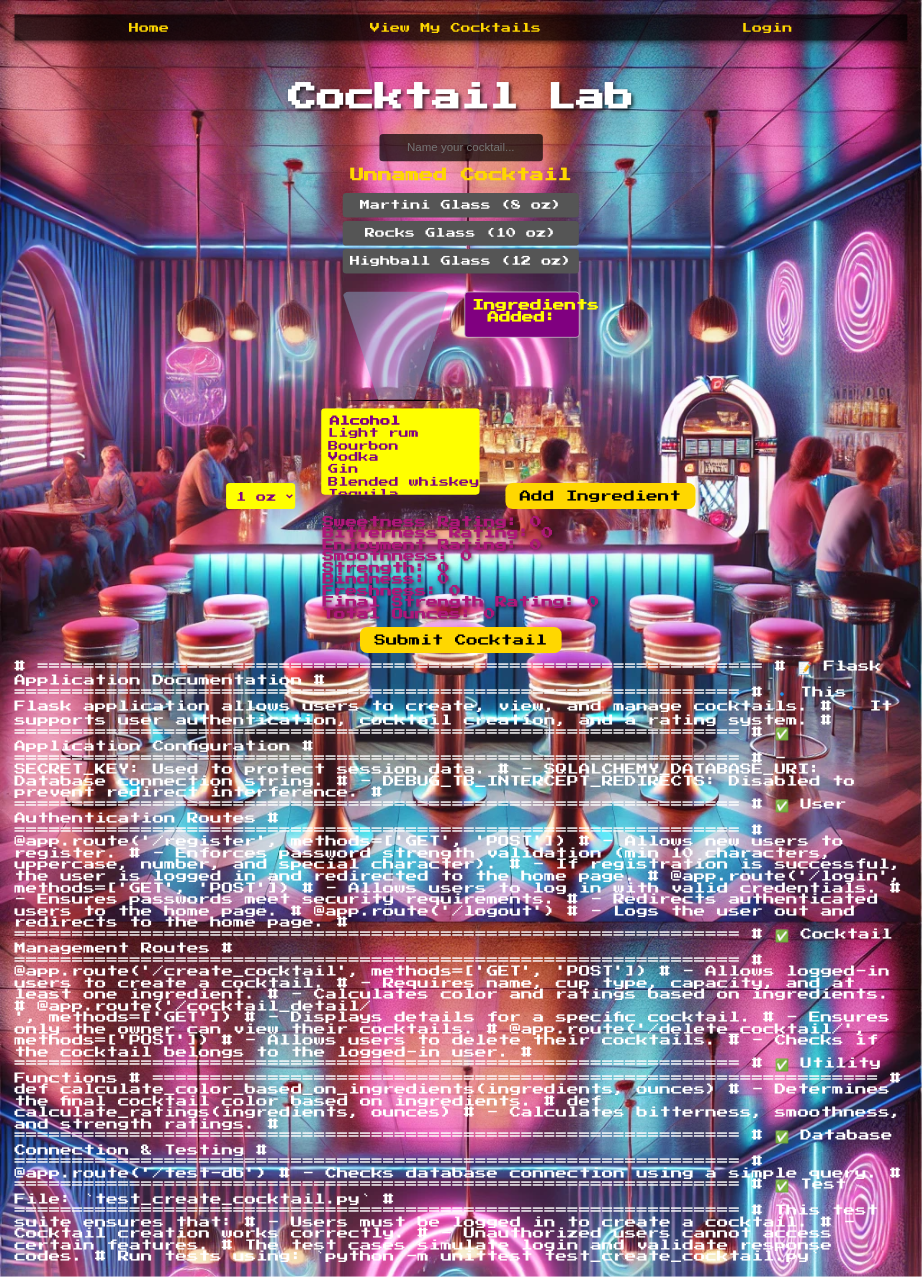
Repository: okanozusen/CockTail-Lab
Page: templates/create_cocktail.html
The author's editor kept a copy of each file at every save. The page is drawn from the files as they stood at one save, then again after the next save.
The browser window is 1280 px wide. The pictures show the whole page, at 72% of full size.
Backgrounds fixed to the window are drawn as part of the page. The page is served by the project's application, run on Flask 3 (app.py). The template is opened directly, without the code that normally fills it, so the values that code supplies are empty.

Above is the page before, as saved 2025-02-13 02:42:21.

After the next save:
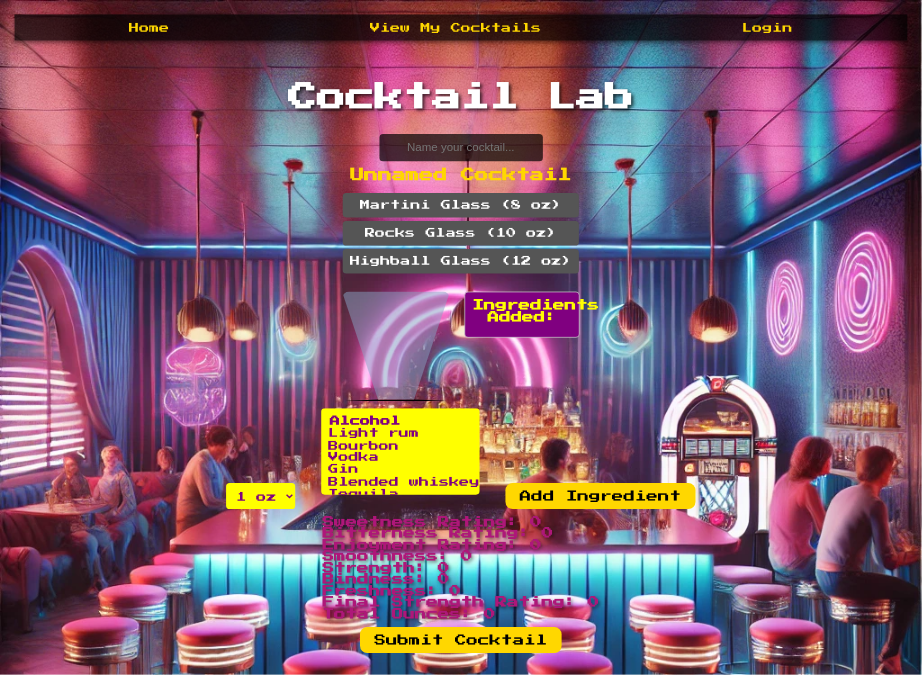
Saved 6 min 23 s later.
--- a/templates/create_cocktail.html
+++ b/templates/create_cocktail.html
@@ -589,81 +589,3 @@ function submitCocktail() {
 </script>
 </body>
 </html>
-
-# ===============================================================
-# 📝 Flask Application Documentation
-# ===============================================================
-
-# 🔹 This Flask application allows users to create, view, and manage cocktails.
-# 🔹 It supports user authentication, cocktail creation, and a rating system.
-
-# ===============================================================
-# ✅ Application Configuration
-# ===============================================================
-
-# - SECRET_KEY: Used to protect session data.
-# - SQLALCHEMY_DATABASE_URI: Database connection string.
-# - DEBUG_TB_INTERCEPT_REDIRECTS: Disabled to prevent redirect interference.
-
-# ===============================================================
-# ✅ User Authentication Routes
-# ===============================================================
-
-# @app.route('/register', methods=['GET', 'POST'])
-# - Allows new users to register.
-# - Enforces password strength validation (min 10 characters, uppercase, number, and special character).
-# - If registration is successful, the user is logged in and redirected to the home page.
-
-# @app.route('/login', methods=['GET', 'POST'])
-# - Allows users to log in with valid credentials.
-# - Ensures passwords meet security requirements.
-# - Redirects authenticated users to the home page.
-
-# @app.route('/logout')
-# - Logs the user out and redirects to the home page.
-
-# ===============================================================
-# ✅ Cocktail Management Routes
-# ===============================================================
-
-# @app.route('/create_cocktail', methods=['GET', 'POST'])
-# - Allows logged-in users to create a cocktail.
-# - Requires name, cup type, capacity, and at least one ingredient.
-# - Calculates color and ratings based on ingredients.
-
-# @app.route('/cocktail_detail/<int:cocktail_id>', methods=['GET'])
-# - Displays details for a specific cocktail.
-# - Ensures only the owner can view their cocktails.
-
-# @app.route('/delete_cocktail/<int:cocktail_id>', methods=['POST'])
-# - Allows users to delete their cocktails.
-# - Checks if the cocktail belongs to the logged-in user.
-
-# ===============================================================
-# ✅ Utility Functions
-# ===============================================================
-
-# def calculate_color_based_on_ingredients(ingredients, ounces)
-# - Determines the final cocktail color based on ingredients.
-
-# def calculate_ratings(ingredients, ounces)
-# - Calculates bitterness, smoothness, and strength ratings.
-
-# ===============================================================
-# ✅ Database Connection & Testing
-# ===============================================================
-
-# @app.route('/test-db')
-# - Checks database connection using a simple query.
-
-# ===============================================================
-# ✅ Test File: `test_create_cocktail.py`
-# ===============================================================
-
-# This test suite ensures that:
-# - Users must be logged in to create a cocktail.
-# - Cocktail creation works correctly.
-# - Unauthorized users cannot access certain features.
-
-# The test cases simulate login and validate response codes.
-# Run tests using: `python -m unittest test_create_cocktail.py`
